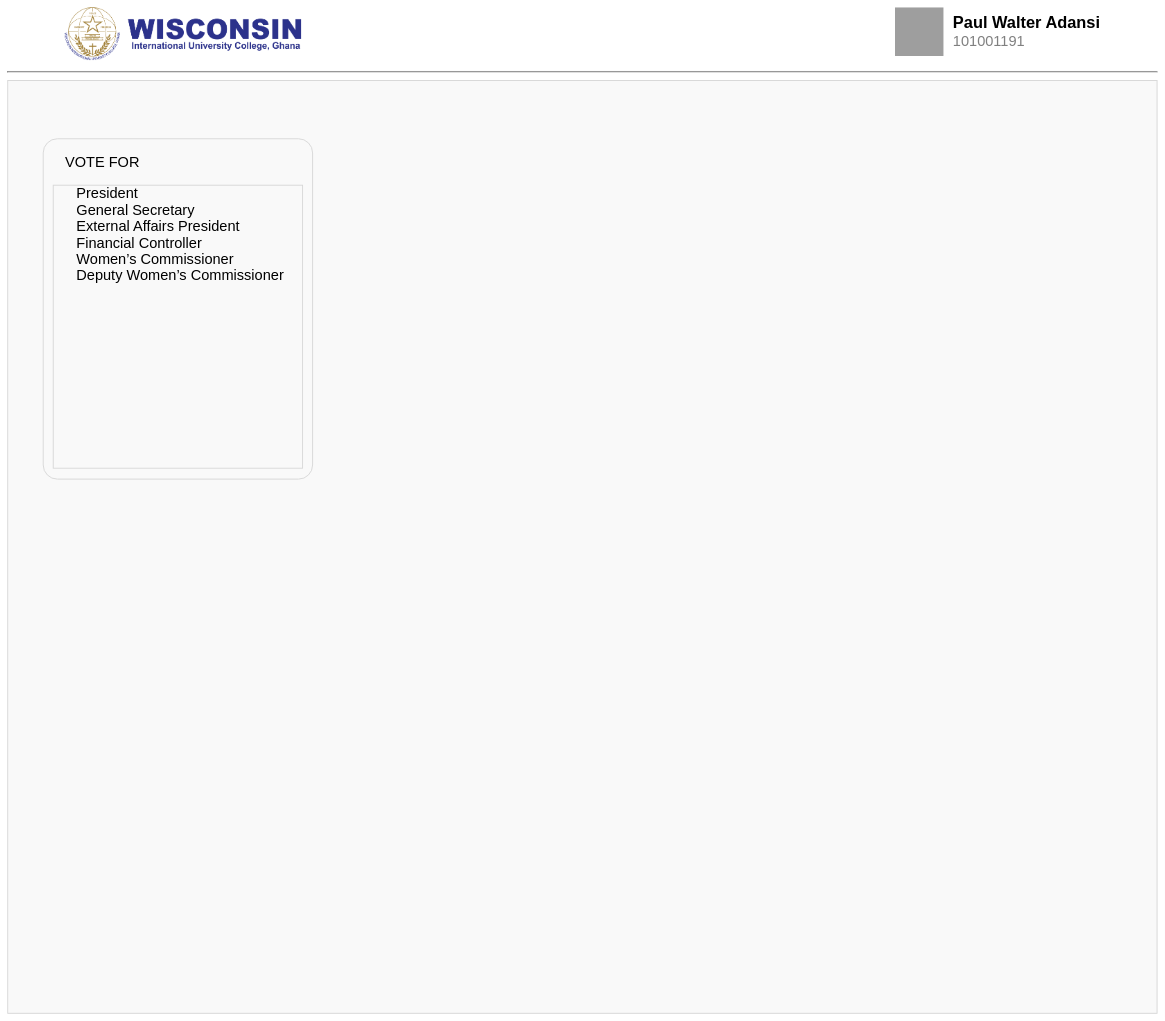
Repository: exe-walt/Voting-System-Project
Page: new.html
These files come from the project's save history. The page is drawn as it stood at one moment and after a run of saves; the edit follows.
The browser window is 1280 px wide. The pictures show the whole page, at 91% of full size.
Pictures or frames that could not be fetched are drawn as grey boxes.

Above is the page before, as saved 2025-04-01 15:00:34.

After the next 2 saves:
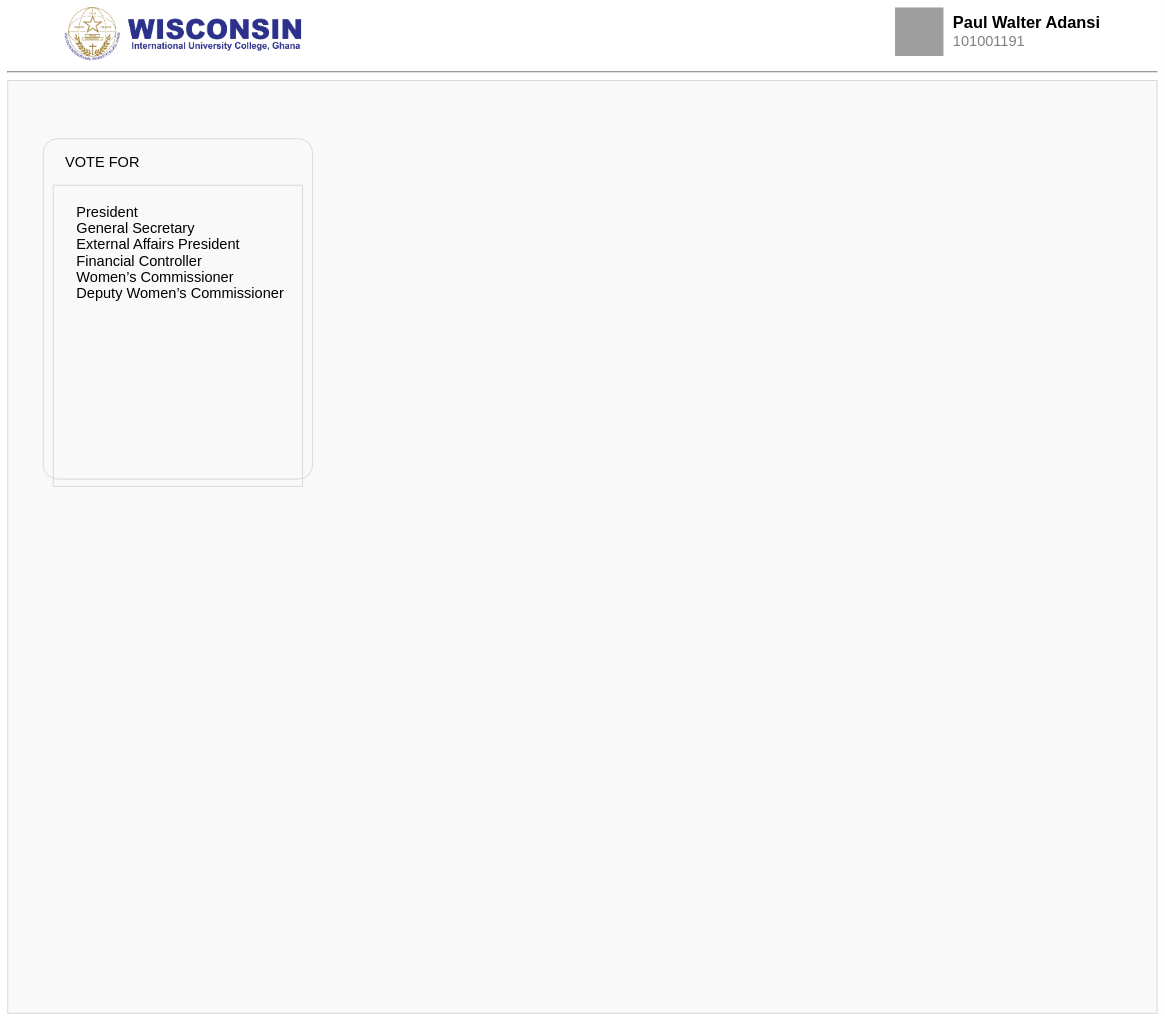
The 2 saves are shown as one change because they came seconds apart.
The last was saved 8 s later.
--- a/new.css
+++ b/new.css
@@ -93,5 +93,5 @@
   margin: 10px;
   height: 310px;
   padding-left: 25px;
-  padding-top: ;
+  padding-top: 20px;
 }

After the save that followed:
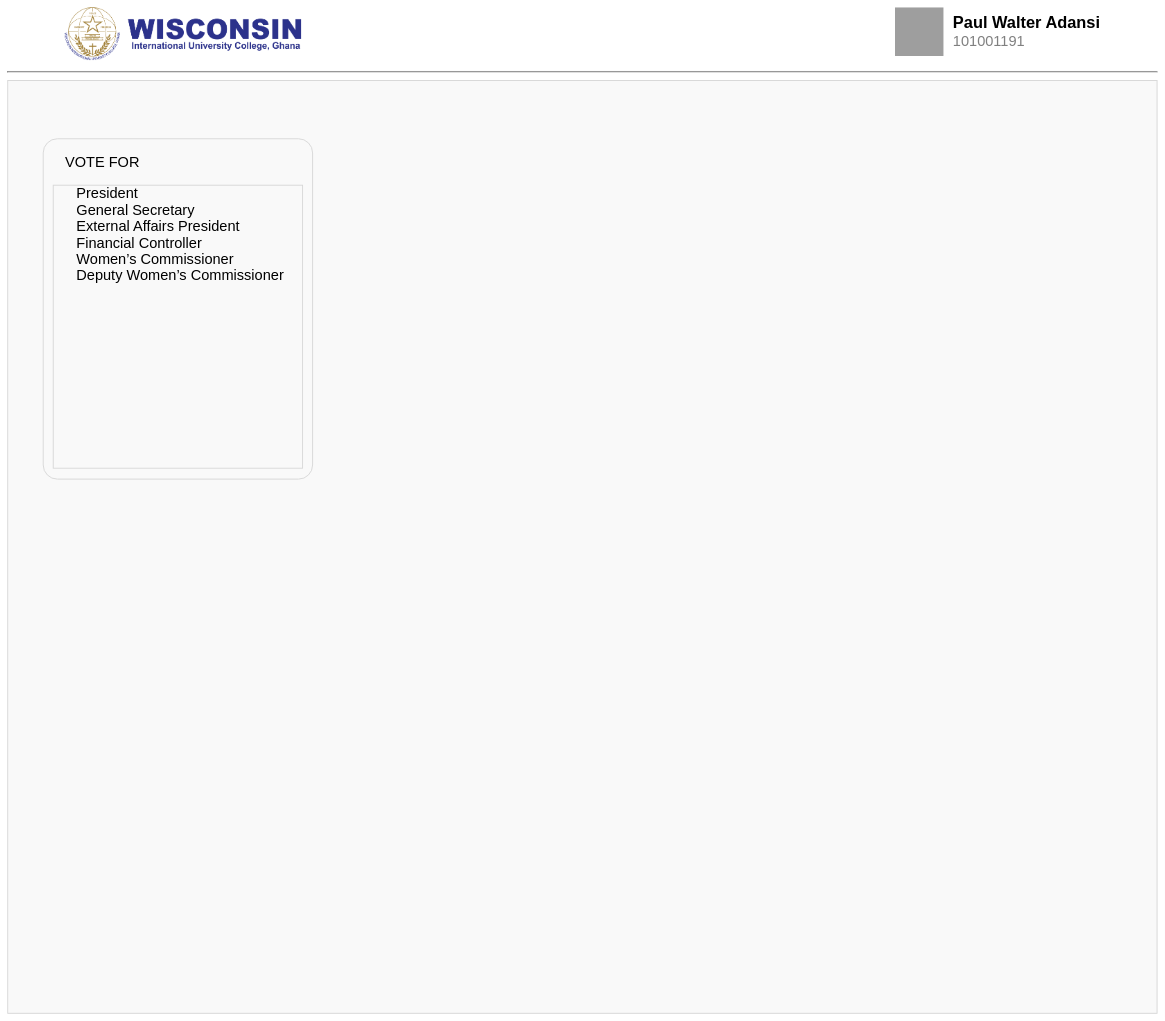
Saved 6 s later.
--- a/new.css
+++ b/new.css
@@ -93,5 +93,4 @@
   margin: 10px;
   height: 310px;
   padding-left: 25px;
-  padding-top: 20px;
 }
